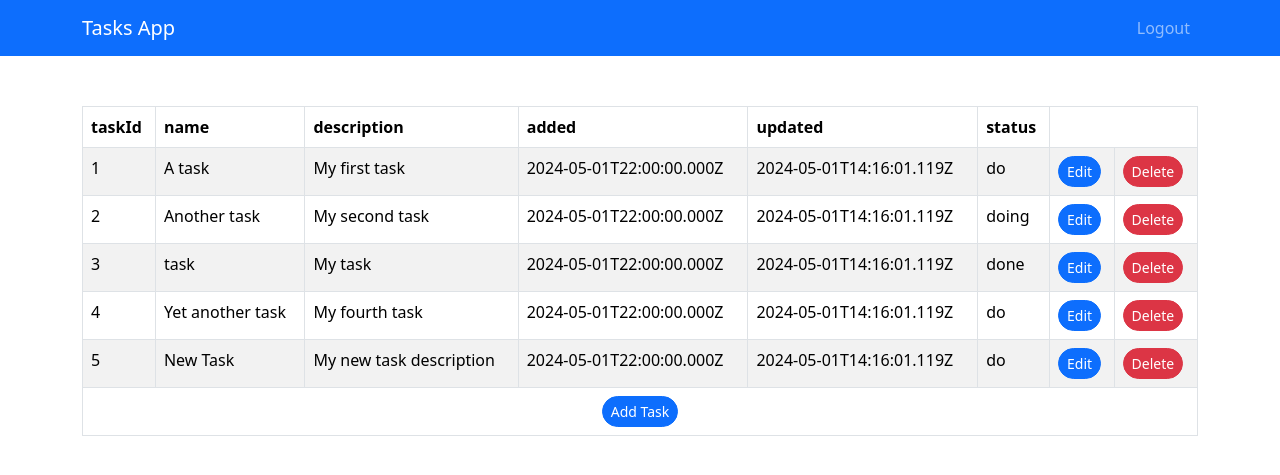
Repository: trider/react-task-manager
Page: /#/tasks
An editor plug-in stored every save of this project. The page is shown before and after the next save, followed by the edit.
The browser window is 1280 px wide. The pictures show the whole page.
The project was rebuilt for these pictures with package versions that can differ from the ones it lists, and the page was loaded fresh each time. Also part of the build but not shown: src/App.css, src/data/_Users.js, src/pages/Login.js.

Above is the page before, as saved 2024-05-07 17:36:18.

After the next save:
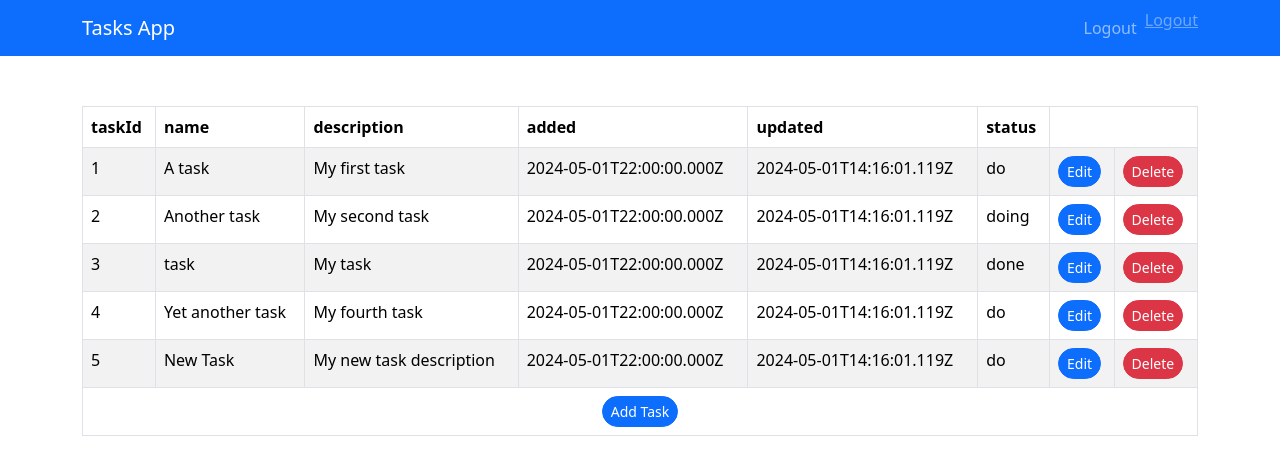
Saved 27 s later.
--- a/src/components/Navigation.js
+++ b/src/components/Navigation.js
@@ -20,6 +20,9 @@ const NavbarComponent = () => {
           </Nav>
           <Nav>
             <Nav.Link href="login">Logout</Nav.Link>
+            <div>
+            <ReactLink to="/login">Logout</ReactLink>
+            </div>
 
 
           {/* <ReactLink style={reactLinkSt} to= {path + “/”} >Home</ReactLink> */}
